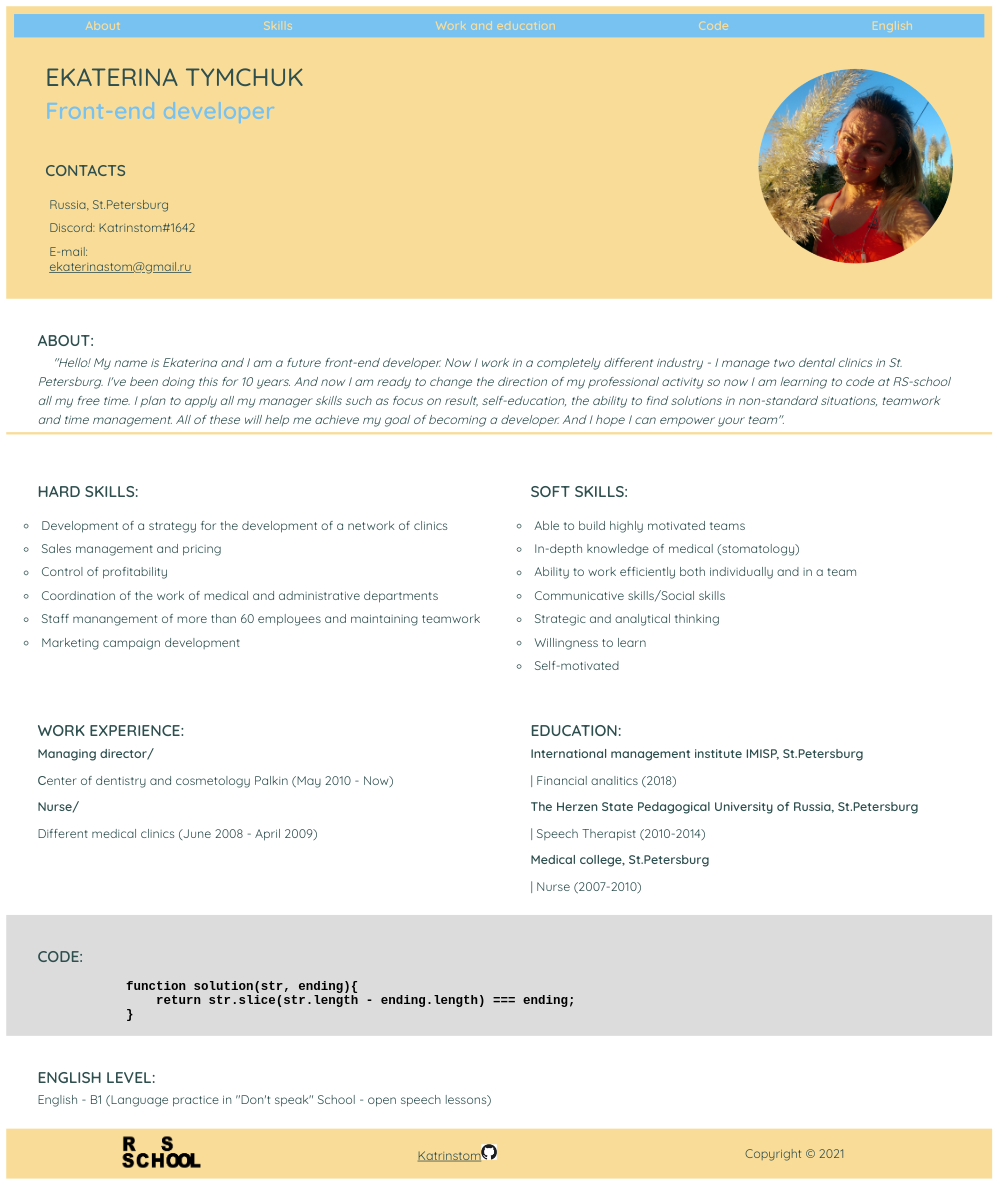
Repository: Katrinstom/rsschool-cv
Page: index.html
The author's editor kept a copy of each file at every save. The page is drawn from the files as they stood at one save, then again after the next save.
The browser window is 1280 px wide. The pictures show the whole page, at 78% of full size.

Above is the page before, as saved 2022-01-02 23:07:32.

After the next save:
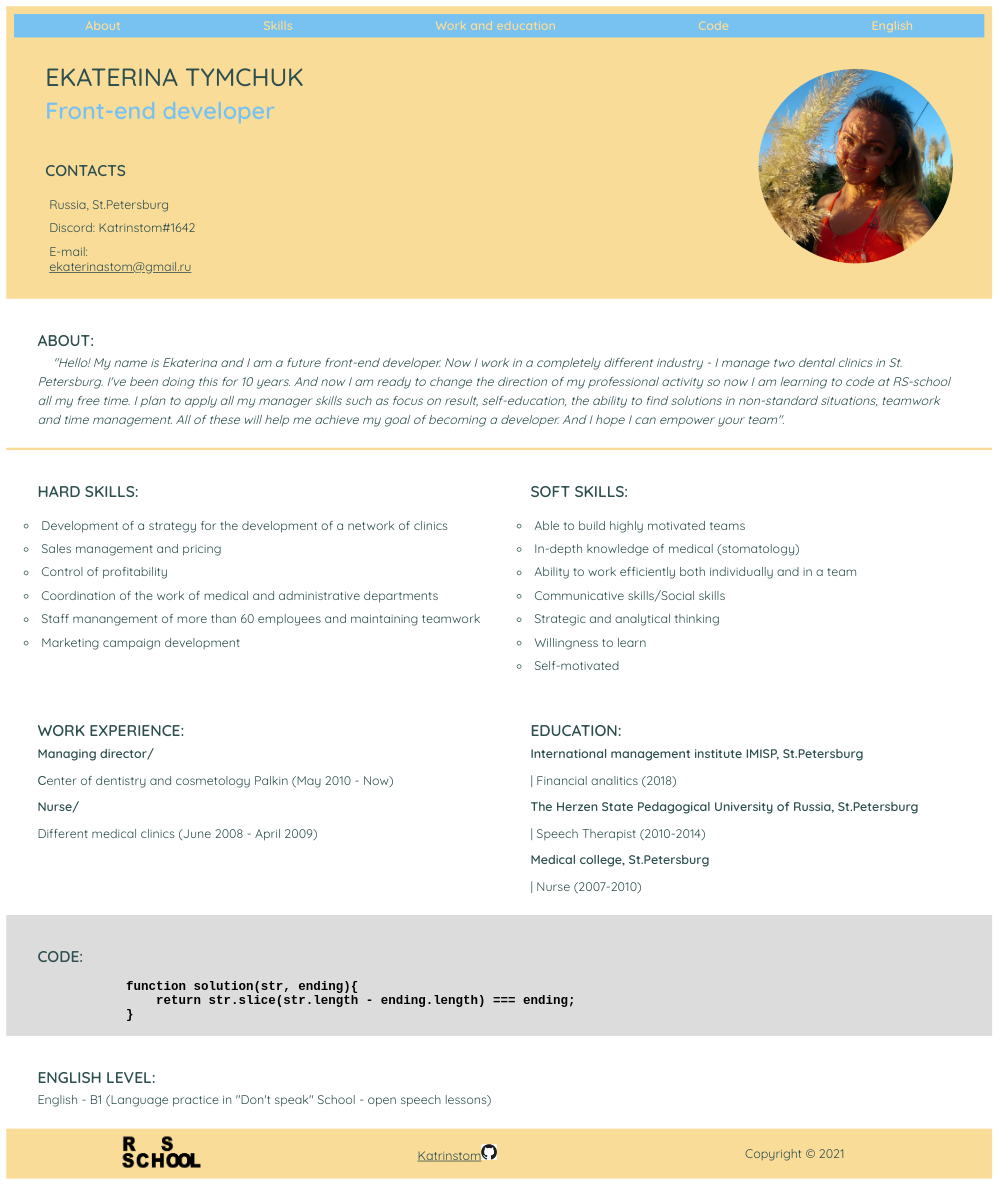
Saved 2 min 5 s later.
--- a/style.css
+++ b/style.css
@@ -90,14 +90,13 @@ li {
 }
 .about {
     border-bottom: solid 3px #f9dc98;
-    margin-bottom: 20px;
 }
 .about p {
     text-align: left;
     color: darkslategray;
     font-family: 'Quicksand', sans-serif;
     font-style: italic;
-    margin: 0;
+    margin-bottom: 20px;
     height: auto;
     width: auto;
     padding: 5px 40px 5px;
